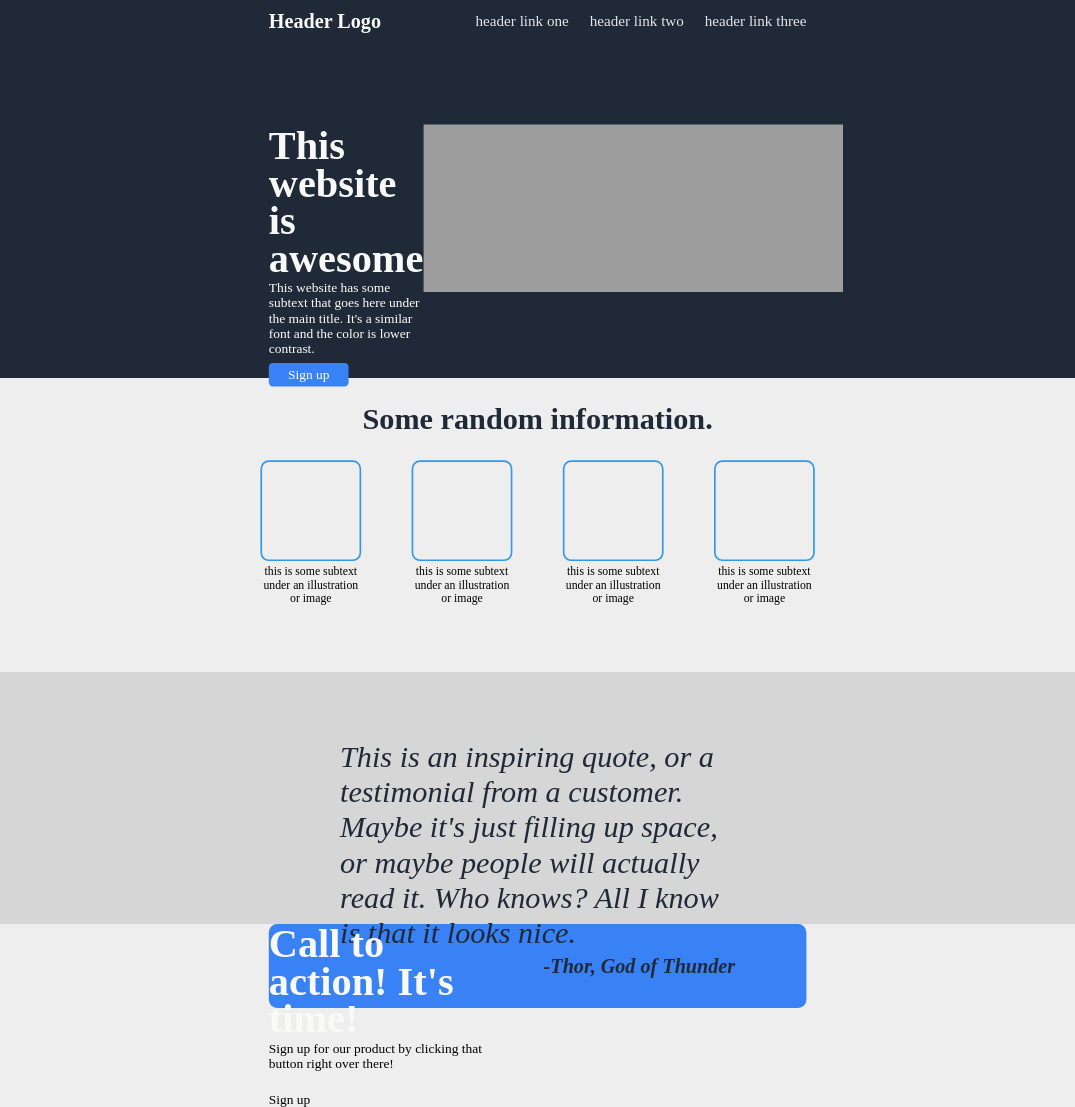
Repository: Pafestivo/Dummy-Landing-Page
Page: index.html
The author's editor kept a copy of each file at every save. The page is drawn from the files as they stood at one save, then again after the next save.
The browser window is 1280 px wide. The pictures show the whole page, at 84% of full size.
Pictures or frames that could not be fetched are drawn as grey boxes.

Above is the page before, as saved 2022-09-26 19:32:45.

After the next save:
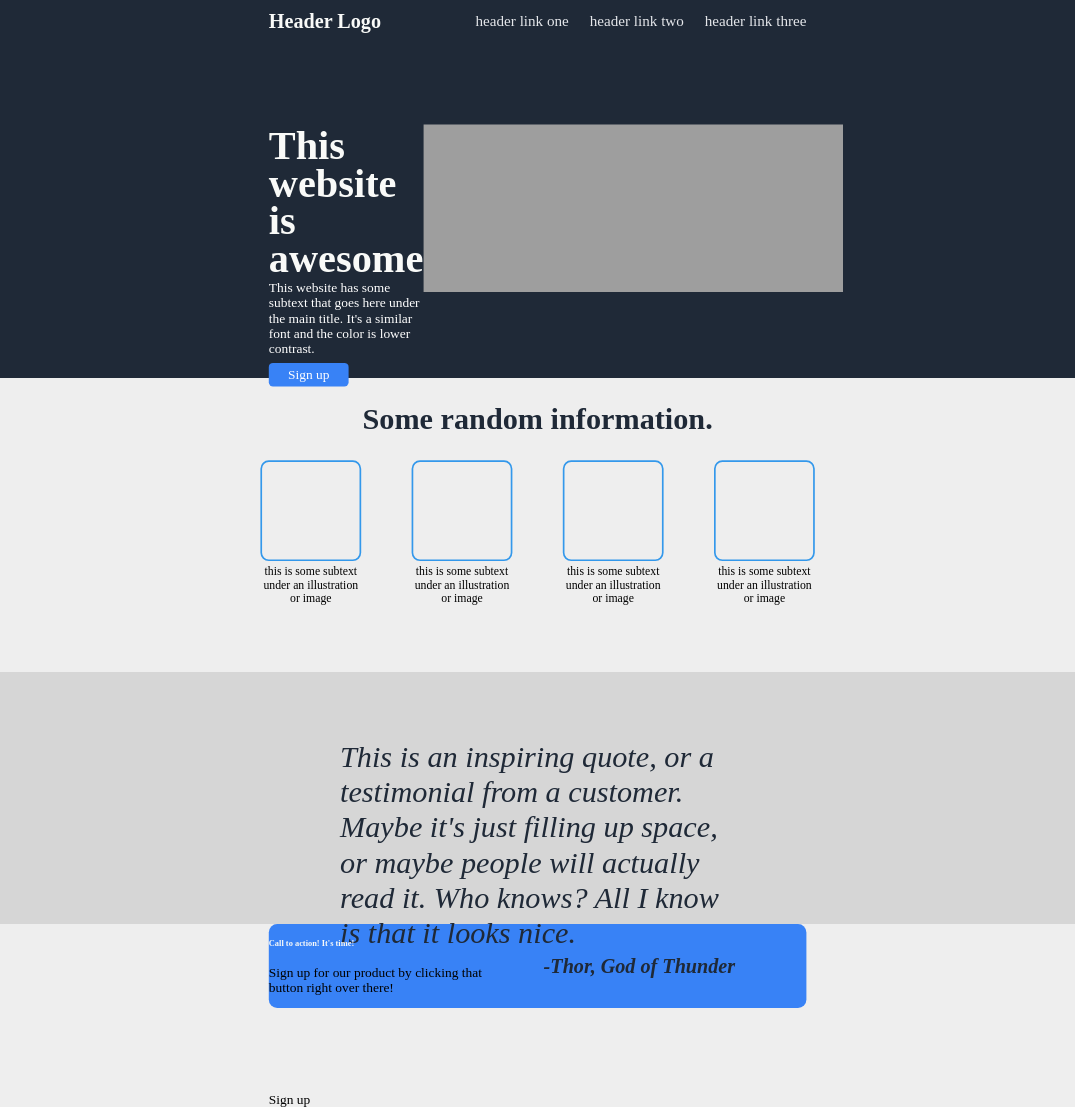
Saved 26 s later.
--- a/styles.css
+++ b/styles.css
@@ -169,4 +169,8 @@ right p {
   border-radius: 10px;
   background-color: #3882F6;
 }
+
+.coa h1 {
+  font-size: 10px;
+}
 /* End fourth section */
